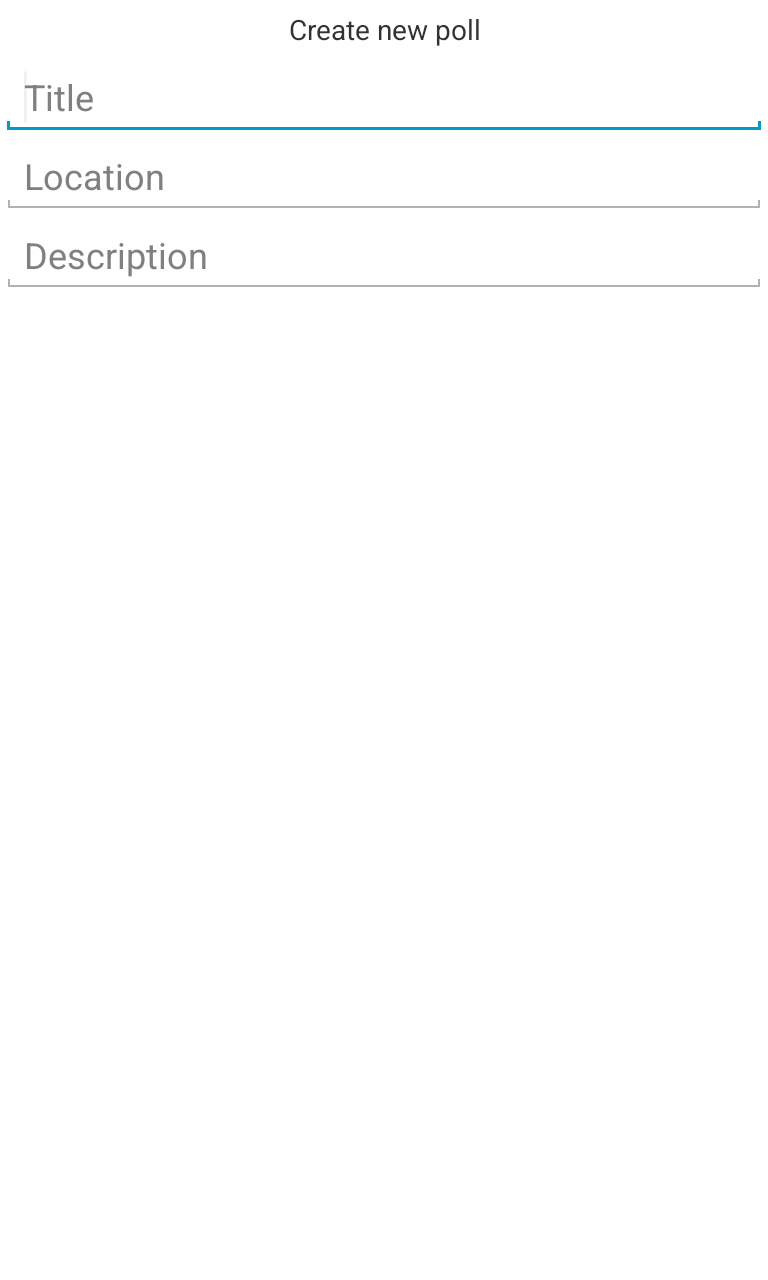
Repository: joelspang/mis_android
Layout: prak3/DoodleClient/res/layout/newpoll.xml
The author's editor kept a copy of each file at every save. The layout is drawn from the files as they stood at one save, then again after the next save.
It is drawn on a 768 x 1280 px phone screen (xhdpi) without system bars, with theme AppTheme; the app's code is not run.

Above is the layout before, as saved 2014-06-03 17:44:39.

After the next save:
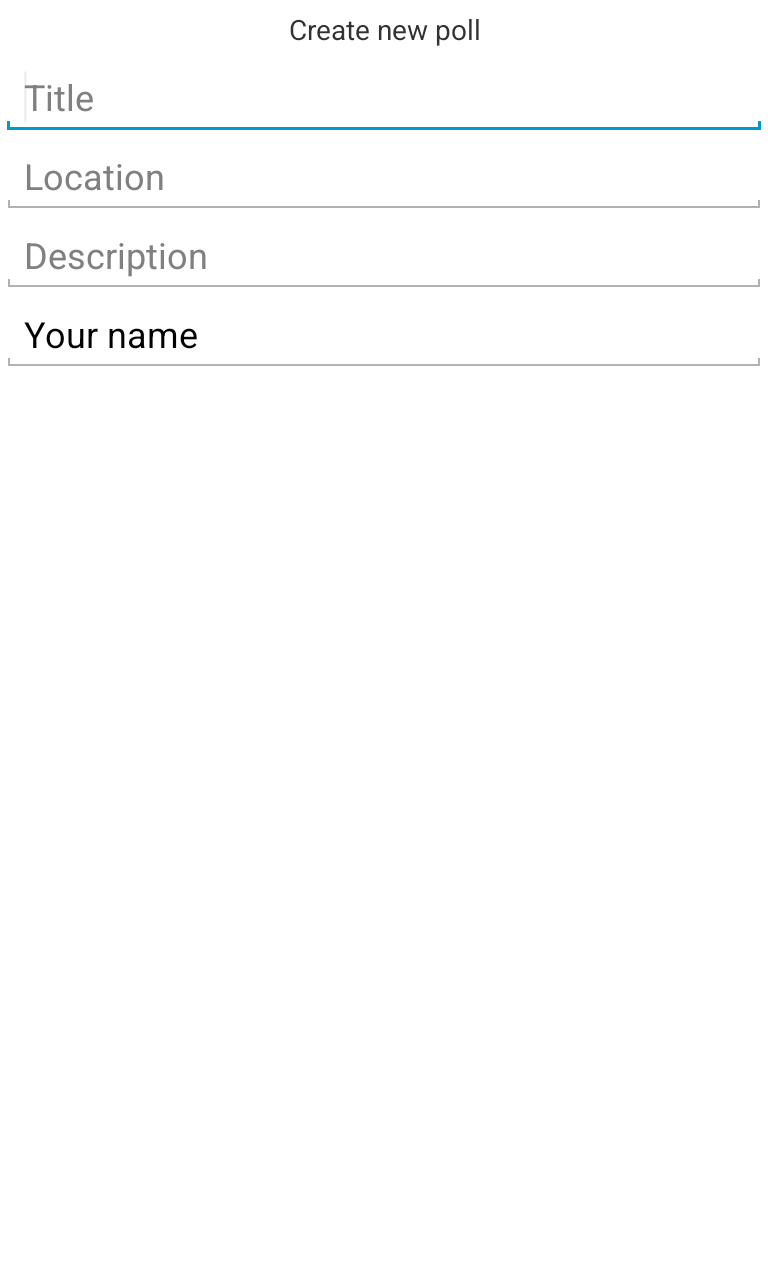
Saved 13 min 21 s later.
--- a/prak3/DoodleClient/res/layout/newpoll.xml
+++ b/prak3/DoodleClient/res/layout/newpoll.xml
@@ -37,4 +37,12 @@
         android:hint="Description"
         android:inputType="textMultiLine" />
 
+    <EditText
+        android:id="@+id/txtNpName"
+        android:layout_width="match_parent"
+        android:layout_height="wrap_content"
+        android:ems="10"
+        android:inputType="textPersonName"
+        android:text="Your name" />
+
 </LinearLayout>
